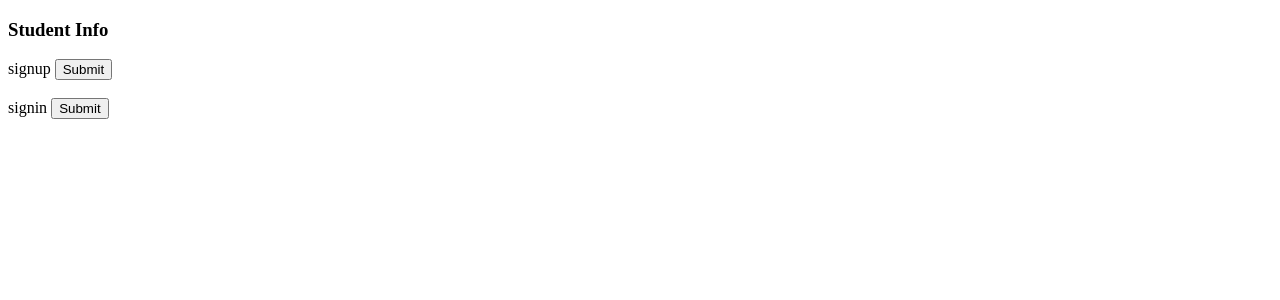
Repository: mxd369/webprogramming2
Page: studentInfo/WebContent/index.html
The author's editor kept a copy of each file at every save. The page is drawn from the files as they stood at one save, then again after the next save.
The browser window is 1280 px wide. The pictures show the whole page.

Above is the page before, as saved 2017-02-26 01:52:19.

After the next save:
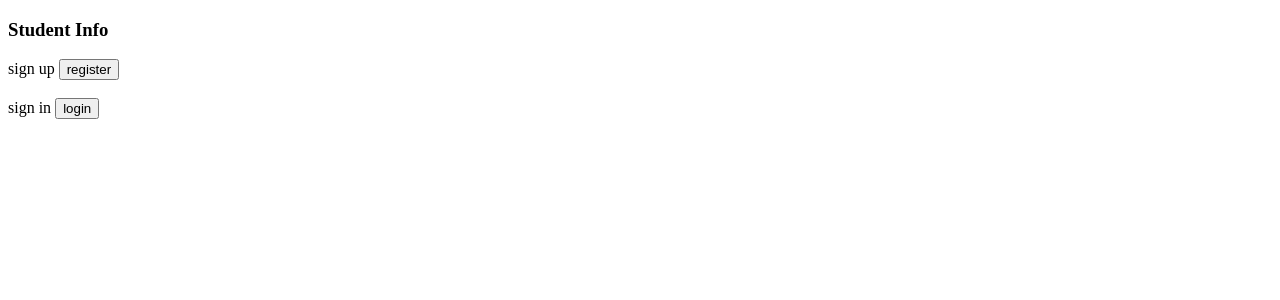
Saved 7 min 48 s later.
--- a/studentInfo/WebContent/index.html
+++ b/studentInfo/WebContent/index.html
@@ -6,14 +6,15 @@
 </head>
 <body>
 	<h3>Student Info</h3>
-	<form action="StudentServlet">
-		signup
-		<input type="submit">
+
+	<form action="templates/register.ftl">
+	sign up
+		<input type="submit" value="register" name="submit">
 	</form>
 <br/>
-	<form action="StudentServlet">
-		signin
-		<input type="submit">
+	<form action="templates/login.ftl" method="get">
+	sign in
+		<input type="submit" value="login" name="submit">
 	</form>
 </body>
 </html>
